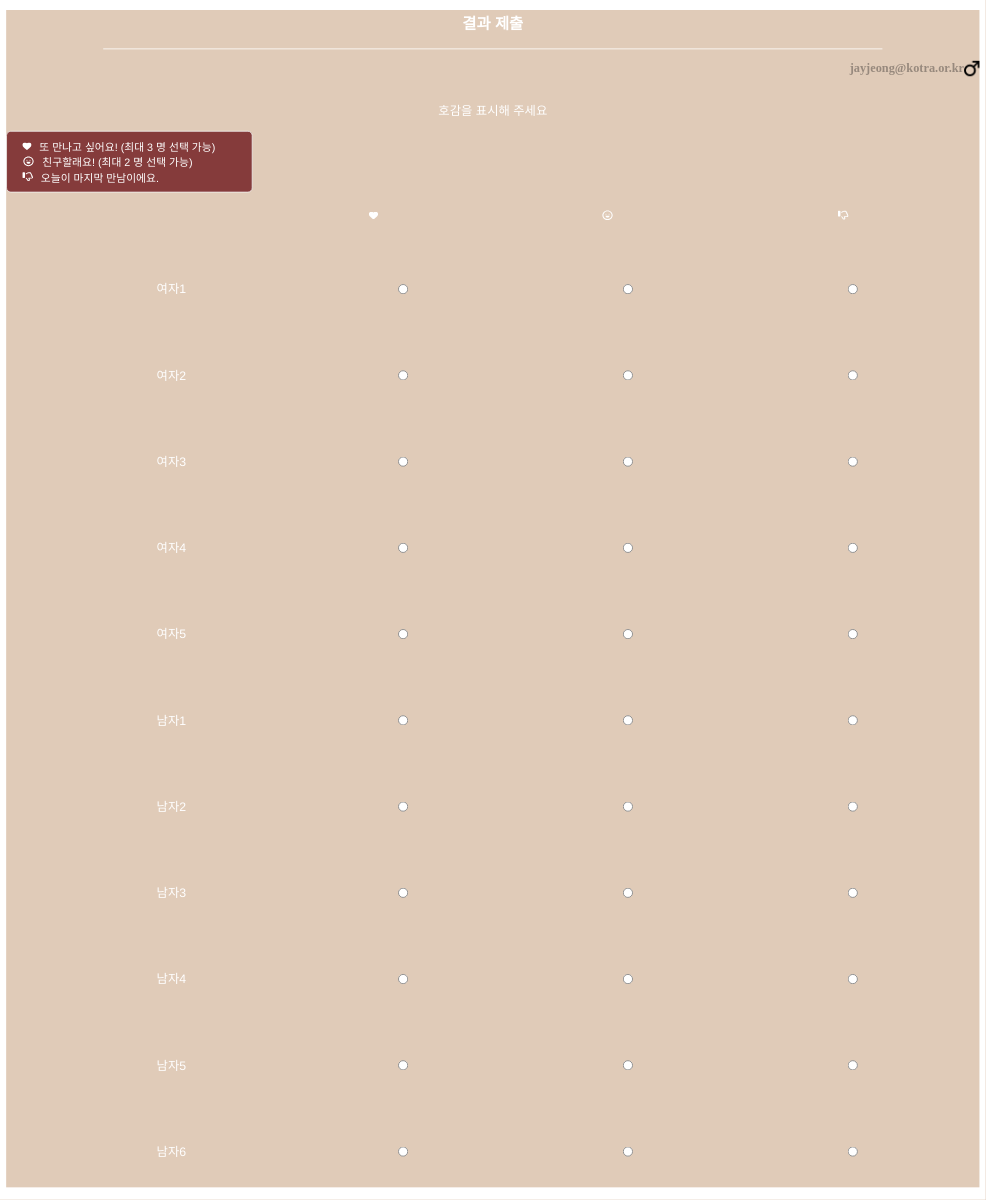
Repository: Jay-Jeong1988/speed_dating_pwa
Page: /submit_result
These files come from the project's save history. The page is drawn as it stood at one moment and after a run of saves; the edit follows.
The browser window is 1280 px wide. The pictures show the whole page, at 77% of full size.
The project was rebuilt for these pictures with package versions that can differ from the ones it lists, and the page was loaded fresh each time. Also part of the build but not shown: vue.config.js, src/views/LoginPage.vue, src/views/DashBoard.vue, src/components/no_reservation_card.vue, src/views/BookedEventsPage.vue.

Above is the page before, as saved 2023-02-11 23:01:42.

### src/App.vue
<template>
  <router-view/>
</template>

<style>
#app {
  font-family: Avenir, Helvetica, Arial, sans-serif;
  -webkit-font-smoothing: antialiased;
  -moz-osx-font-smoothing: grayscale;
  text-align: center;
  color: #ffffff;
  background-color: #E0CBB8;
}

nav {
  padding: 30px;
}

nav a {
  font-weight: bold;
  color: #2c3e50;
}

nav a.router-link-exact-active {
  color: #42b983;
}

ul {
  list-style-type: none;
}
</style>

### src/router/index.js
import { createRouter, createWebHistory } from 'vue-router'
import LoginPage from '../views/LoginPage.vue'
import DashBoard from '../views/DashBoard.vue'
import BookedEventsPage from '../views/BookedEventsPage.vue'
import SubmitResultPage from '../views/SubmitResultPage'

const routes = [
  {
    path: '/',
    name: 'loginPage',
    component: LoginPage
  },
  {
    path: '/dashboard',
    name: 'dashBoard',
    component: DashBoard
  },
  {
    path: '/booked_events',
    name: 'Booked_events_page',
    component: BookedEventsPage
  },
  {
    path: '/submit_result',
    name: 'Submit_result_page',
    component: SubmitResultPage
  }
]

const router = createRouter({
  history: createWebHistory(process.env.BASE_URL),
  routes
})

export default router

### src/views/SubmitResultPage.vue
<template>
  <div class="SubmitResultPage">
    <Header :headerTitle="this.headerTitle"></Header>
    <p>호감을 표시해 주세요</p>
    <div class="demo-banner">
      <div><img class="interest-icon" src="../assets/images/heart.svg"/><p>또 만나고 싶어요! (최대 3 명 선택 가능)</p></div>
      <div><img class="interest-icon" src="../assets/images/smile.svg"/><p>친구할래요! (최대 2 명 선택 가능)</p></div>
      <div><img class="interest-icon" src="../assets/images/thumb_down.svg"/><p>오늘이 마지막 만남이에요.</p></div>
    </div>
    <div class="example-icons-container">
      <div class="name-buffer"></div>
      <img class="interest-icon" src="../assets/images/heart.svg"/>
      <img class="interest-icon" src="../assets/images/smile.svg"/>
      <img class="interest-icon" src="../assets/images/thumb_down.svg"/>
    </div>
    <div class="participants-list-container" v-if="participants.length">
      <ul class="participants-list" v-for="participant in participants" :key="participant.id">
          <li class="participants-list-item">
            <p>{{ participant.name }}</p>
            <input type="radio" id="" name="participant" value="HTML"/>
            <input type="radio" id="" name="participant" value="HTML"/>
            <input type="radio" id="" name="participant" value="HTML"/>
          </li>
      </ul>
    </div>
  </div>
</template>
<script>
import Header from '../components/header.vue'
import users from '../assets/test_data/users.json'
export default {
  name: 'Submit_result_page',
  props: {

  },
  data() {
    return {
      headerTitle: "결과 제출",
      participants: [],
    }
  },
  methods: {
  },
  components: { Header },
  mounted() {
    users.forEach((item)=>{
      this.participants.push(item)
    })
  }
}

</script>

<!-- Add "scoped" attribute to limit CSS to this component only -->
<style scoped lang="scss">
.demo-banner {
  box-sizing: border-box;
  width: 320px;
  height: 80px;
  background: #853B3B;
  border: 1px solid #F2F2F2;
  border-radius: 6px;
  display: flex;
  flex-direction: column;
  justify-content: center;
  padding: 20px;
  div {
    display: flex;
    justify-content: flex-start;
    align-items: center;
    .interest-icon {
      margin-right: 10px;
    }
    p {
      margin: 0;
      font-size: 14px;
    }
  }
}
.example-icons-container {
  display: flex;
  justify-content: space-around;
  align-items: center;
  padding: 20px;
  .name-buffer {
    width: 30px;
    height: 20px;
  }
  .interest-icon {
    margin-right: 10px;
  }
}
.participants-list-item {
  display: flex;
  justify-content: space-around;
  align-items: center;
  padding: 20px;
}
</style>

### src/components/header.vue
<template>
     <div class="page-header">
        <h1 class="title">{{ this.headerTitle }}</h1>
      </div>
      <div class="userInfo">
        <p id="emailAddress">jayjeong@kotra.or.kr</p>
        <img id="gender-icon" src="../assets/images/gender-male.png"/>
      </div>
</template>
<script>
    export default {
        name: 'Header_component',
        data() {
            return {}
        },
        props: [
            "headerTitle"
        ]
    }
</script>
<style scoped lang="scss">
    .page-header {
        width: 80%;
        margin: auto;
        border-bottom: 1px solid #fff;
        .title {
            font-weight: 700;
            font-size: 20px;
            line-height: 36px;
        }
    }
    .userInfo {
        display: flex;
        justify-content: flex-end;
        align-items: center;
        color: #97897D;
        font-family: 'Battambang';
        font-weight: 700;
        #gender-icon {
            width: 20px;
            height: 20px;
        }
    }
</style>

### src/assets/test_data/users.json
[
  {
    "id": 0,
    "gender": "F",
    "name": "여자1",
    "email_address": "sarangkim@gmail.com",
    "birthdate": "Mon, Feb 2, 2000",
    "marital_status": "single",
    "phone_number": "000-0000-0000",
    "payment_info": "",
    "lover_interested": [],
    "friend_interested": [],
    "not_interested": [],
    "booked_events": [],
    "completed_events": []
  },
  {
    "id": 1,
    "gender": "F",
    "name": "여자2",
    "email_address": "sarangkim@gmail.com",
    "birthdate": "Mon, Feb 2, 2000",
    "marital_status": "single",
    "phone_number": "000-0000-0000",
    "payment_info": "",
    "lover_interested": [],
    "friend_interested": [],
    "not_interested": [],
    "booked_events": [],
    "completed_events": []
  },
  {
    "id": 2,
    "gender": "F",
    "name": "여자3",
    "email_address": "sarangkim@gmail.com",
    "birthdate": "Mon, Feb 2, 2000",
    "marital_status": "single",
    "phone_number": "000-0000-0000",
    "payment_info": "",
    "lover_interested": [],
    "friend_interested": [],
    "not_interested": [],
    "booked_events": [],
    "completed_events": []
  },
  {
    "id": 3,
    "gender": "F",
    "name": "여자4",
    "email_address": "sarangkim@gmail.com",
    "birthdate": "Mon, Feb 2, 2000",
    "marital_status": "single",
    "phone_number": "000-0000-0000",
    "payment_info": "",
    "lover_interested": [],
    "friend_interested": [],
    "not_interested": [],
    "booked_events": [],
    "completed_events": []
  },{
    "id": 4,
    "gender": "F",
    "name": "여자5",
    "email_address": "sarangkim@gmail.com",
    "birthdate": "Mon, Feb 2, 2000",
    "marital_status": "single",
    "phone_number": "000-0000-0000",
    "payment_info": "",
    "lover_interested": [],
    "friend_interested": [],
    "not_interested": [],
    "booked_events": [],
    "completed_events": []
  },
  {
    "id": 5,
    "gender": "M",
    "name": "남자1",
    "email_address": "sarangkim@gmail.com",
    "birthdate": "Mon, Feb 2, 2000",
    "marital_status": "single",
    "phone_number": "000-0000-0000",
    "payment_info": "",
    "lover_interested": [],
    "friend_interested": [],
    "not_interested": [],
    "booked_events": [],
    "completed_events": []
  },
  {
    "id": 6,
    "gender": "M",
    "name": "남자2",
    "email_address": "sarangkim@gmail.com",
    "birthdate": "Mon, Feb 2, 2000",
    "marital_status": "single",
    "phone_number": "000-0000-0000",
    "payment_info": "",
    "lover_interested": [],
    "friend_interested": [],
    "not_interested": [],
    "booked_events": [],
    "completed_events": []
  },
  {
    "id": 7,
    "gender": "M",
    "name": "남자3",
    "email_address": "sarangkim@gmail.com",
    "birthdate": "Mon, Feb 2, 2000",
    "marital_status": "single",
    "phone_number": "000-0000-0000",
    "payment_info": "",
    "lover_interested": [],
    "friend_interested": [],
    "not_interested": [],
    "booked_events": [],
    "completed_events": []
  },
  {
    "id": 8,
    "gender": "F",
    "name": "남자4",
    "email_address": "sarangkim@gmail.com",
    "birthdate": "Mon, Feb 2, 2000",
    "marital_status": "single",
    "phone_number": "000-0000-0000",
    "payment_info": "",
    "lover_interested": [],
    "friend_interested": [],
    "not_interested": [],
    "booked_events": [],
    "completed_events": []
  },
  {
    "id": 9,
    "gender": "M",
    "name": "남자5",
    "email_address": "sarangkim@gmail.com",
    "birthdate": "Mon, Feb 2, 2000",
    "marital_status": "single",
    "phone_number": "000-0000-0000",
    "payment_info": "",
    "lover_interested": [],
    "friend_interested": [],
    "not_interested": [],
    "booked_events": [],
    "completed_events": []
  },
  {
    "id": 10,
    "gender": "M",
    "name": "남자6",
    "email_address": "sarangkim@gmail.com",
    "birthdate": "Mon, Feb 2, 2000",
    "marital_status": "single",
    "phone_number": "000-0000-0000",
    "payment_info": "",
    "lover_interested": [],
    "friend_interested": [],
    "not_interested": [],
    "booked_events": [],
    "completed_events": []
  }
]

Loaded but not shown: public/index.html (common file); src/main.js (common file); src/registerServiceWorker.js (common file)

After the next 2 saves:
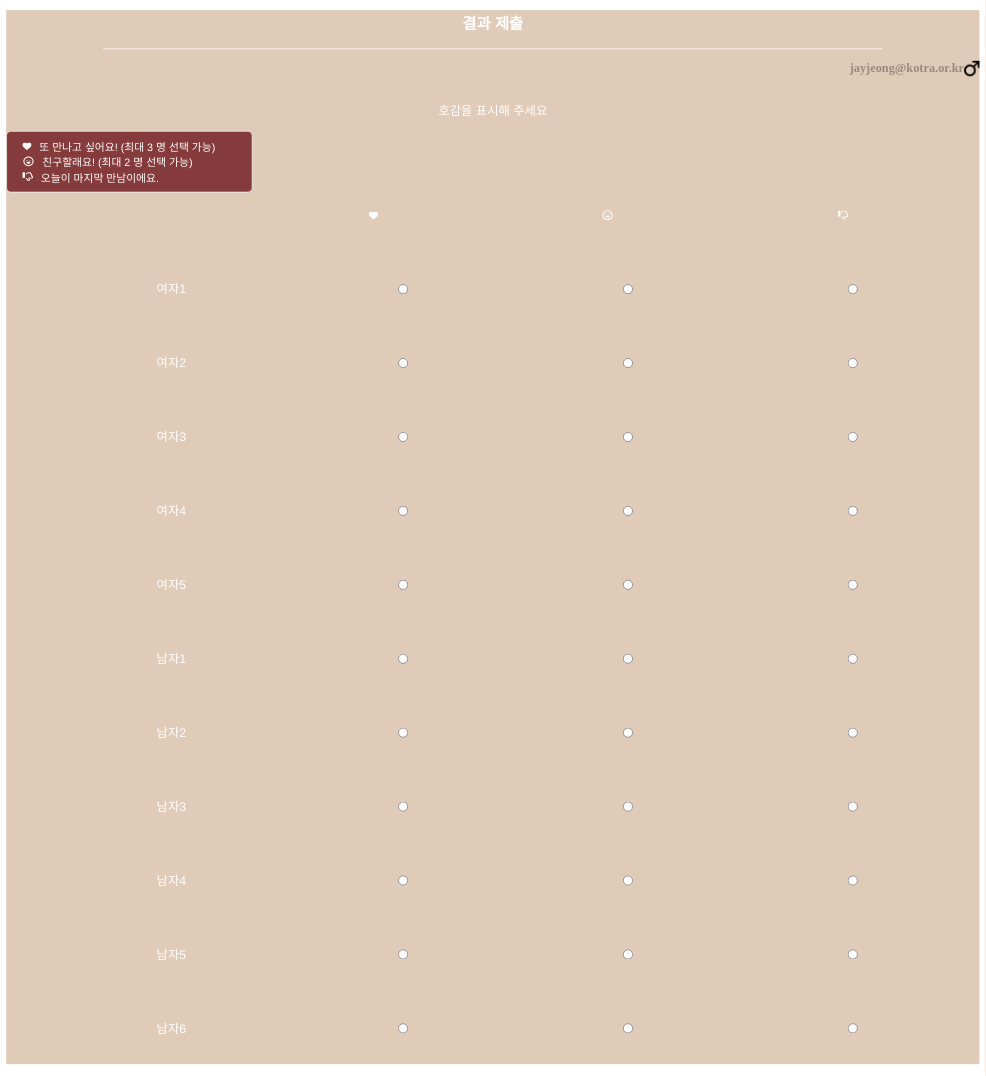
The 2 saves are shown as one change because they came seconds apart.
The last was saved 86 s later.
--- a/src/views/SubmitResultPage.vue
+++ b/src/views/SubmitResultPage.vue
@@ -14,8 +14,8 @@
       <img class="interest-icon" src="../assets/images/thumb_down.svg"/>
     </div>
     <div class="participants-list-container" v-if="participants.length">
-      <ul class="participants-list" v-for="participant in participants" :key="participant.id">
-          <li class="participants-list-item">
+      <ul class="participants-list" >
+          <li class="participants-list-item" v-for="participant in participants" :key="participant.id">
             <p>{{ participant.name }}</p>
             <input type="radio" id="" name="participant" value="HTML"/>
             <input type="radio" id="" name="participant" value="HTML"/>
